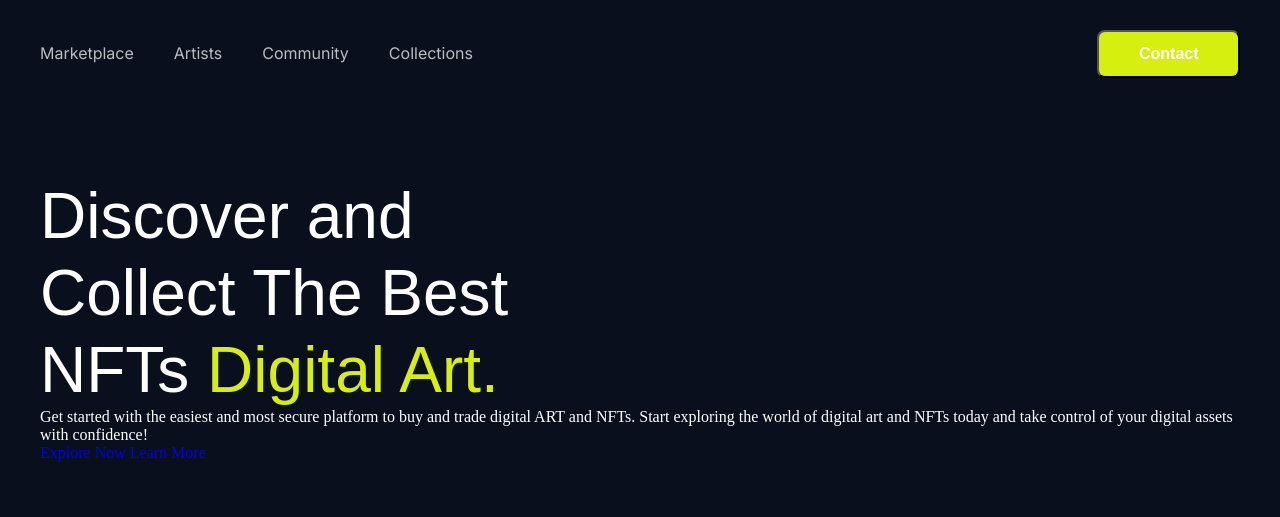
Repository: Kamron5505/NftMarketplace
Page: index.html
The author's editor kept a copy of each file at every save. The page is drawn from the files as they stood at one save, then again after a run of saves.
The browser window is 1280 px wide. The pictures show the whole page.
Some web fonts or font styles are not loaded; a fallback is used.

Above is the page before, as saved 2025-07-08 00:09:03.

### index.html
<!DOCTYPE html>
<html lang="en">

<head>
    <meta charset="UTF-8">
    <meta name="viewport" content="width=device-width, initial-scale=1.0">
    <title>NFTMarketplace Landing</title>
    <link rel="stylesheet" href="./style.css">
    <link
        href="https://fonts.googleapis.com/css2?family=Inter:wght@400;600;700&family=Source+Sans+Pro:wght@400;600;700&display=swap"
        rel="stylesheet">
</head>

<body>
    <header class="header">
        <div class="container">
            <nav class="nav">
                <ul class="nav-list">
                    <li class="nav-item"><a href="#" class="nav-link">Marketplace</a></li>
                    <li class="nav-item"><a href="#" class="nav-link">Artists</a></li>
                    <li class="nav-item"><a href="#" class="nav-link">Community</a></li>
                    <li class="nav-item"><a href="#" class="nav-link">Collections</a></li>
                </ul>
                <button class="header-contact-btn">Contact</button>
            </nav>
        </div>
    </header>
    <main class="main">
        <section class="nft-section">
            <div class="container">
                <div class="nft-wrapper">
                    <div class="content-left">
                        <h1 class="title">
                            Discover and <br>
                            Collect The Best <br>
                            NFTs <span class="highlight"> Digital Art.</span>
                        </h1>

                        <p class="description">
                            Get started with the easiest and most secure platform to buy and trade digital ART and NFTs.
                            Start exploring the world of digital art and NFTs today and take control of your digital
                            assets with confidence!
                        </p>

                        <div class="buttons">
                            <a href="#" class="btn btn-primary">Explore Now</a>
                            <a href="#" class="btn btn-secondary">Learn More</a>
                        </div>

                        <!-- <div class="stats">
                            <div class="stat">
                                <div class="number">8.9K</div>
                                <div class="label">Art work</div>
                            </div>
                            <div class="stat">
                                <div class="number">65K</div>
                                <div class="label">Artist</div>
                            </div>
                            <div class="stat">
                                <div class="number">87K</div>
                                <div class="label">Collection</div>
                            </div>
                        </div>
                    </div> -->
                    <!-- <div class="content-right">
                        <div class="card">
                            <img src="nft-image.jpg" alt="NFT Image" class="card-image">
                            <div class="card-info">
                                <div class="card-timer">
                                    <span>Ends in</span>
                                    <span class="time">05:45:47</span>
                                </div>
                                <div class="card-bid">
                                    <span>Current bid</span>
                                    <span class="eth">0.24 ETH</span>
                                </div>
                                <a href="#" class="btn btn-bid">Place A Bid</a>
                            </div>
                        </div>
                    </div> -->
                </div>
            </div>
        </section>
    </main>
</body>

</html>

### style.css
@font-face {
    font-family: 'Canela';
    src: url('../fonts/Canela-Bold.woff2') format('woff2');
    font-weight: bold;
    font-style: normal;
}

* {
    margin: 0;
    padding: 0;
    text-decoration: none;
    list-style: none;
    box-sizing: border-box;
}

body {
    background: #090f1d;
    color: #fffffd;
}

:root {
    --font-family: "Inter", sans-serif;
    ---family: "Source Sans Pro", sans-serif;
    --font-family: "Canela", sans-serif;
}

h1,
h2,
h3,
h4,
h5,
h6 {
    font-family: "Canela", sans-serif;
    font-weight: bold;
    font-weight: 500;
    font-size: 64px;
    line-height: 120%;
    color: #fffffd;
}

:root {
    --font-family: "Inter", sans-serif;
    --second-family: "Source Sans Pro", sans-serif;
    --third-family: "Canela", sans-serif;
}

.highlight {
    color: #d6ef0e;
}

.header {
    margin-top: 30px;
    font-family: "Inter", sans-serif;
}

.container {
    width: 1200px;
    margin: 0 auto;
}

.nav {
    display: flex;
    align-items: center;
    justify-content: space-between;
}

.nav-list {
    display: flex;
    gap: 40px;
}


.nav-link {
    font-weight: 400;
    font-size: 16px;
    line-height: 160%;
    color: rgba(255, 255, 253, 0.72);
}

.nav-link:hover {
    border-bottom: 1px solid #d6ef0e;
    width: 94px;
    height: 26px;
    transition: all 0.3s ease;
}

.header-contact-btn {
    background: #d6ef0e;
    border-radius: 8px;
    padding: 12px 40px;
    width: 143px;
    height: 48px;
    font-weight: 700;
    font-size: 16px;
    line-height: 120%;
    color: #fff;
}



.nft-section {
    margin-top: 100px;
}


.nft-wrapper {}

.content-left {}

.title {
}

.highlight {}

.description {}

.buttons {}

.btn {}

.btn-primary {}

.btn-secondary {}

After the next 2 saves:
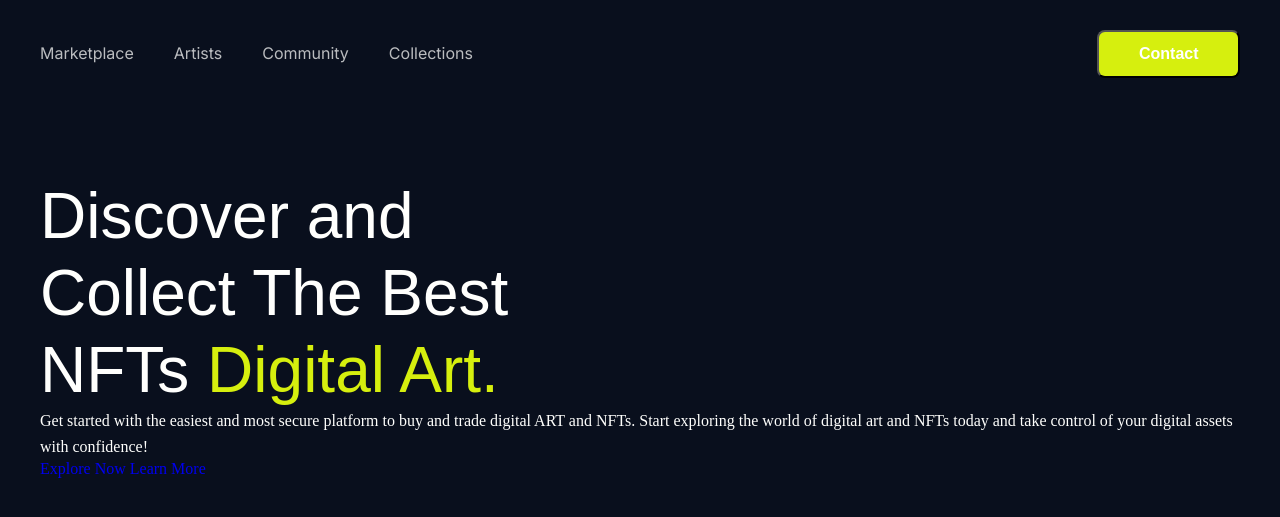
The 2 saves are shown as one change because they came seconds apart.
The last was saved 6 s later.
--- a/style.css
+++ b/style.css
@@ -107,12 +107,16 @@ h6 {
 
 .content-left {}
 
-.title {
-}
+.title {}
 
 .highlight {}
 
-.description {}
+.description {
+    font-weight: 400;
+    font-size: 16px;
+    line-height: 160%;
+    color: #fffffd;
+}
 
 .buttons {}
 
